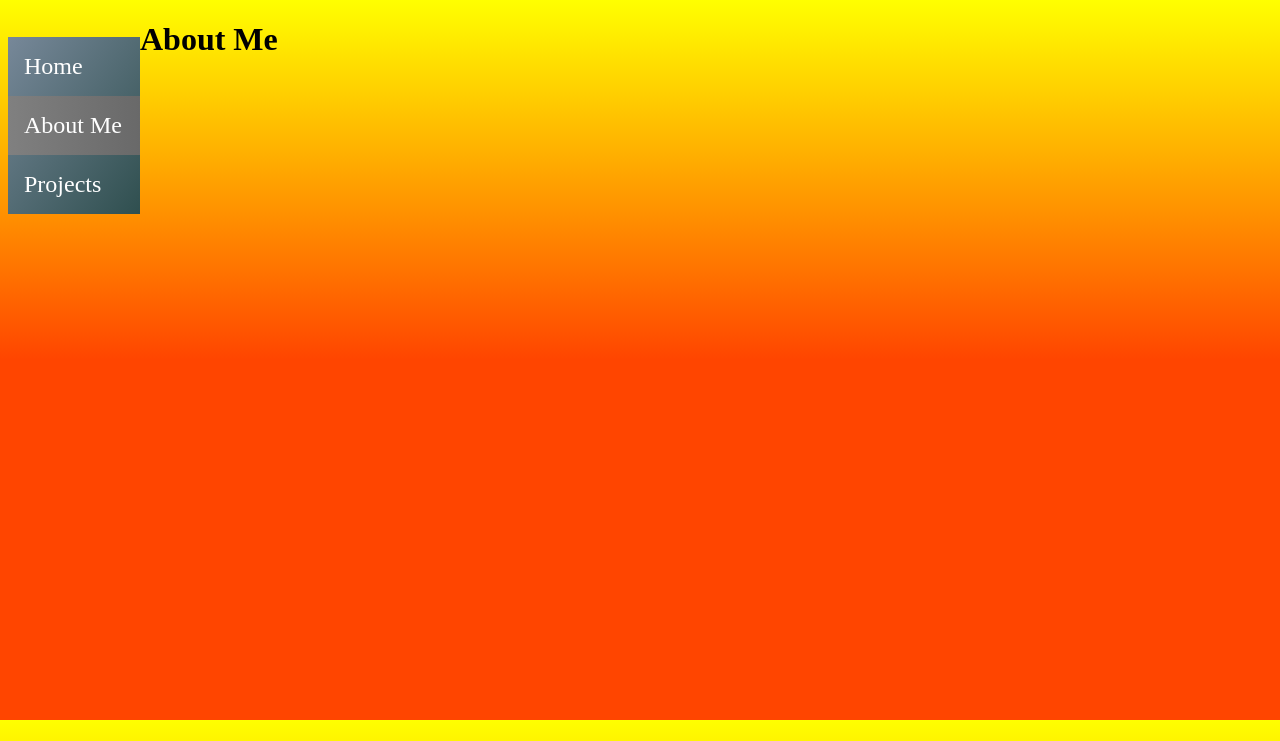
Repository: brody-toth/brody-toth.github.io
Page: about-me.html
The author's editor kept a record of every edit. The page is drawn from the files as they stood at one moment, then again after the next edit.
The browser window is 1280 px wide. The pictures show the whole page.

Above is the page before.

### about-me.html
<!DOCTYPE html>
<html>

  <head>
    <title>About Me</title>
    <link rel="stylesheet" href="style.css" type="text/css">
  </head>

  <body>

    <ul class="navbar">
      <li><a href="home.html">Home</a></li>
      <li class="active"><a href="about-me.html">About Me</a></li>
      <li class = "dropdown">
        <div>Projects</div>
        <ul class="dropdown-content">
          <li><a href="project1.html">Project 1</a></li>
          <li><a href="project2.html">Project 2</a></li>
          <li><a href="project3.html">Project 3</a></li>
        </ul>
      </li>
    </ul>

    <h1 id="header1">About Me</h1>

  </body>

</html>

### style.css
html, body{
    height: 100%;
}

body{
    background-image: linear-gradient(to bottom, yellow, orangered 50%);
}

.navbar{
    list-style: none;
    background-image: linear-gradient(to bottom right, lightslategray, darkslategray);
    width: 132px;
    overflow: hidden;
    float: left;
    padding: 0;
}
.navbar a, .dropdown div{
    text-decoration: none;
    color: white;
    font-size: 24px;
    padding: 16px;
    display: inline-block;
}
.navbar div{
    width: 135px;
}
.navbar li:hover{
    background-color: slategray;
}
.dropdown-content{
    list-style: none;
    padding: 0;
    display: none;
    position: absolute;
    z-index: 2;
    background-image: linear-gradient(to bottom right, lightslategray, darkslategray);
}
.dropdown:hover .dropdown-content{
    display: block;
}
.active{
    background-image: linear-gradient(to right, gray, dimgray)
}

#header{
    text-align: left;
    padding-left: 45%;
    font-family: "Lucida Sans Unicode", "Lucida Grande", sans-serif;
    font-size: 64px;
    margin-top: 0;
}

After the next edit:
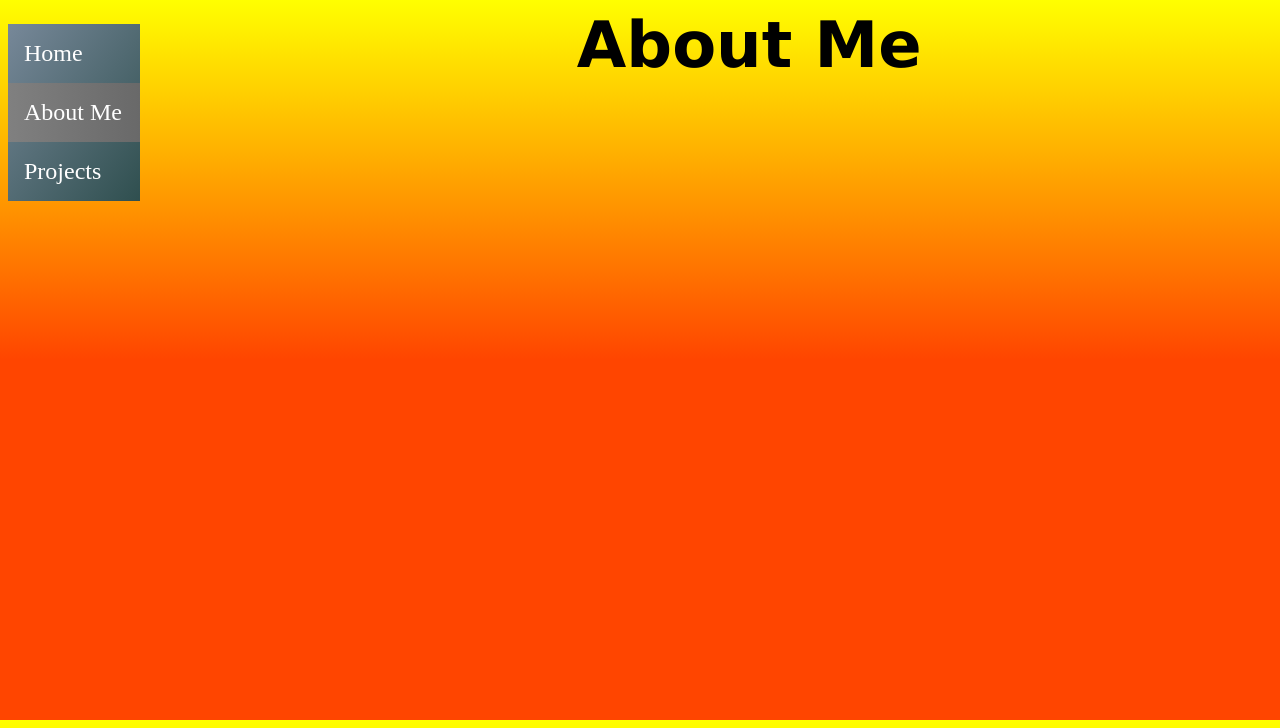
The edit:
--- a/style.css
+++ b/style.css
@@ -49,3 +49,13 @@ body{
     font-size: 64px;
     margin-top: 0;
 }
+#header1{
+    text-align: left;
+    padding-left: 45%;
+    font-family: "Lucida Sans Unicode", "Lucida Grande", sans-serif;
+    font-size: 64px;
+    margin-top: 0;
+}
+#header2{
+
+}
